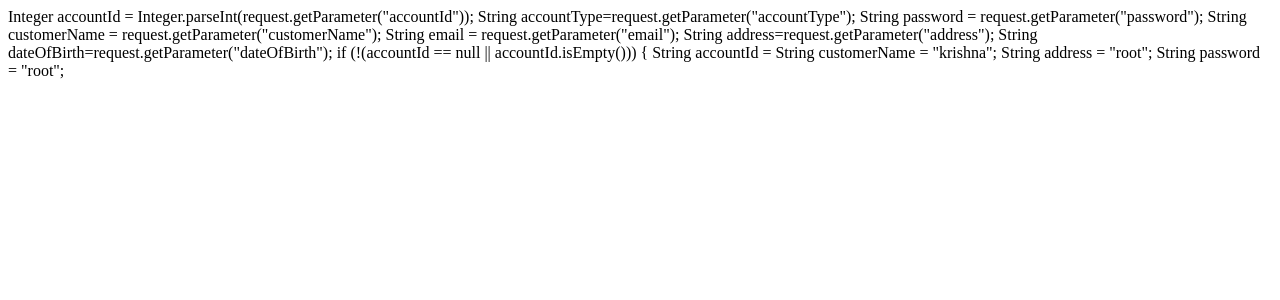
Repository: laikrish/day10
Page: http://localhost/BankApp/database.jsp
These files come from the project's save history. The page is drawn as it stood at one moment and after the next save; the edit follows.
The browser window is 1280 px wide. The pictures show the whole page.
The page is served by Tomcat 9.

Above is the page before, as saved 2018-09-12 10:18:07.

After the next save:
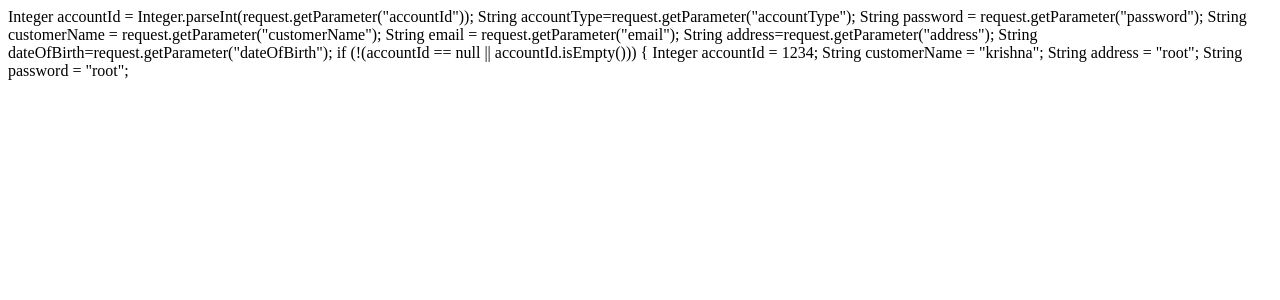
Saved 26 s later.
--- a/BankApp/WebContent/database.jsp
+++ b/BankApp/WebContent/database.jsp
@@ -18,7 +18,7 @@ String address=request.getParameter("address");
 String dateOfBirth=request.getParameter("dateOfBirth");
 if (!(accountId == null || accountId.isEmpty())) {
 
-String accountId =
+Integer accountId = 1234;
 String customerName = "krishna";
 String address = "root";
 String password = "root";
